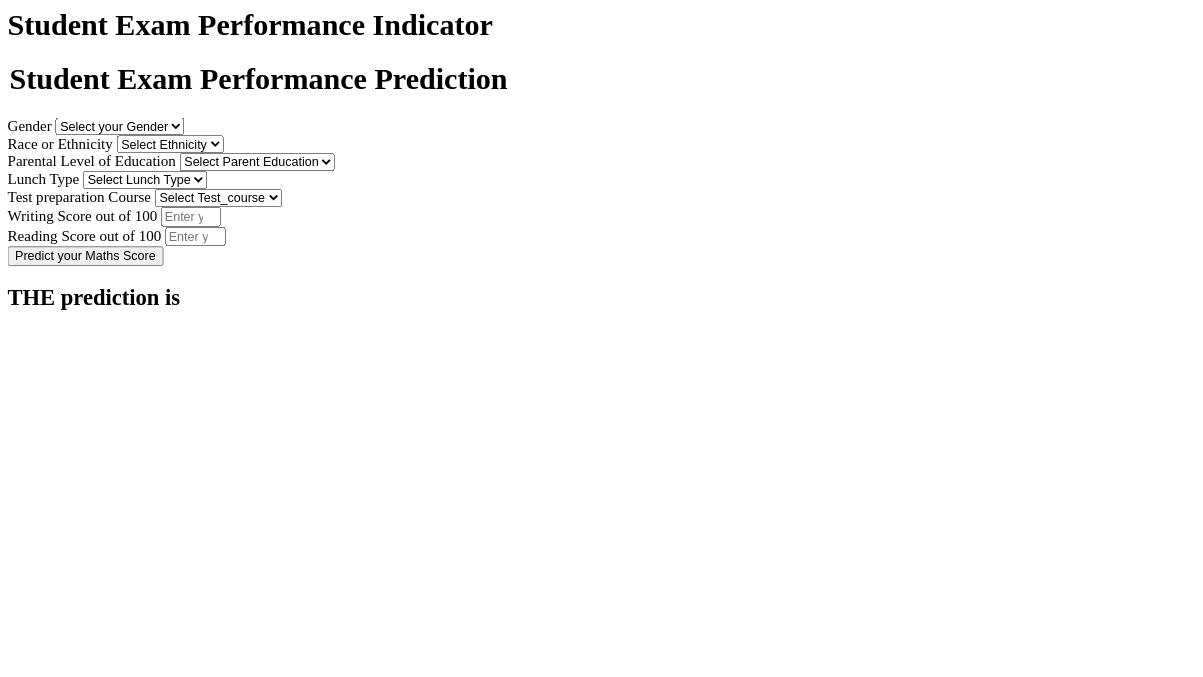
Repository: shaily29-eng/Performance-Indicator-ML
Page: http://localhost/predictdata
The author's editor kept a copy of each file at every save. The page is drawn from the files as they stood at one save, then again after the next save.
The browser window is 1280 px wide. The pictures show the whole page, at 94% of full size.
The page is served by the project's application, run on Flask 3 (app.py). Other server files are loaded and not shown.

Above is the page before, as saved 2023-12-01 01:45:56.

### templates/home.html
<html>
<body>
    <div class="login">
       <h1>Student Exam Performance Indicator</h1>

       <form action="{{ url_for('predict_datapoint')}}" method="post">
        <h1>
            <legend>Student Exam Performance Prediction</legend>
        </h1>
        <div class="mb-3">
            <label class="form-label">Gender</label>
            <select class="form-control" name="gender" placeholder="Enter you Gender" required>
                <option class="placeholder" selected disabled value="">Select your Gender</option>
                <option value="male">
                    Male
                </option>
                <option value="female">
                    Female
                </option>
            </select>
        </div>
        <div class="mb-3">
            <label class="form-label">Race or Ethnicity</label>
            <select class="form-control" name="ethnicity" placeholder="Enter you ethnicity" required>
                <option class="placeholder" selected disabled value="">Select Ethnicity</option>
                <option value="group A">
                    Group A
                </option>
                <option value="group B">
                    Group B
                </option>
                <option value="group C">
                    Group C
                </option>
                <option value="group D">
                    Group D
                </option>
                <option value="group E">
                    Group E
                </option>
            </select>
        </div>
        <div class="mb-3">
            <label class="form-label">Parental Level of Education</label>
            <select class="form-control" name="parental_level_of_education"
                placeholder="Enter you Parent Education" required>
                <option class="placeholder" selected disabled value="">Select Parent Education</option>
                <option value="associate's degree">
                    associate's degree
                </option>
                <option value="bachelor's degree">
                    bachelor's degree
                </option>
                <option value="high school">
                    high school
                </option>
                <option value="master's degree">
                    master's degree
                </option>
                <option value="some college">
                    some college
                </option>
                <option value="some high school">
                    some high school
                </option>
            </select>
        </div>
        <div class="mb-3">
            <label class="form-label">Lunch Type</label>
            <select class="form-control" name="lunch" placeholder="Enter you Lunch" required>
                <option class="placeholder" selected disabled value="">Select Lunch Type</option>
                <option value="free/reduced">
                    free/reduced
                </option>
                <option value="standard">
                    standard
                </option>
            </select>
        </div>
        <div class="mb-3">
            <label class="form-label">Test preparation Course</label>
            <select class="form-control" name="test_preparation_course" placeholder="Enter you Course"
                required>
                <option class="placeholder" selected disabled value="">Select Test_course</option>
                <option value="none">
                    None
                </option>
                <option value="completed">
                    Completed
                </option>
            </select>
        </div>
        <div class="mb-3">
            <label class="form-label">Writing Score out of 100</label>
            <input class="form-control" type="number" name="reading_score"
                placeholder="Enter your Reading score" min='0' max='100' />
        </div>
        <div class="mb-3">
            <label class="form-label">Reading Score out of 100</label>
            <input class="form-control" type="number" name="writing_score"
                placeholder="Enter your Reading Score" min='0' max='100' />
        </div>
        <div class="mb-3">
            <input class="btn btn-primary" type="submit" value="Predict your Maths Score" required />
        </div>
    </form>
    <h2>
       THE  prediction is {{results}}
    </h2>
   <body>
</html>

### app.py
from flask import Flask, request, render_template
import numpy as np
import pandas as pd

from sklearn.preprocessing import StandardScaler
from src.pipeline.predict_pipeline import CustomData, PredictPipeline

application = Flask(__name__)

app = application

## Route for a home page


@app.route("/")
def index():
    return render_template("index.html")


@app.route("/predictdata", methods=["GET", "POST"])
def predict_datapoint():
    if request.method == "GET":
        return render_template("home.html")
    else:
        data = CustomData(
            gender=request.form.get("gender"),
            race_ethnicity=request.form.get("ethnicity"),
            parental_level_of_education=request.form.get("parental_level_of_education"),
            lunch=request.form.get("lunch"),
            test_preparation_course=request.form.get("test_preparation_course"),
            reading_score=float(request.form.get("writing_score")),
            writing_score=float(request.form.get("reading_score")),
        )
        pred_df = data.get_data_as_data_frame()
        print(pred_df)
        print("Before Prediction")

        predict_pipeline = PredictPipeline()
        print("Mid Prediction")
        results = predict_pipeline.predict(pred_df)
        print("after Prediction")
        return render_template("home.html", results=results[0])


if __name__ == "__main__":
    app.run(host="0.0.0.0")

After the next save:
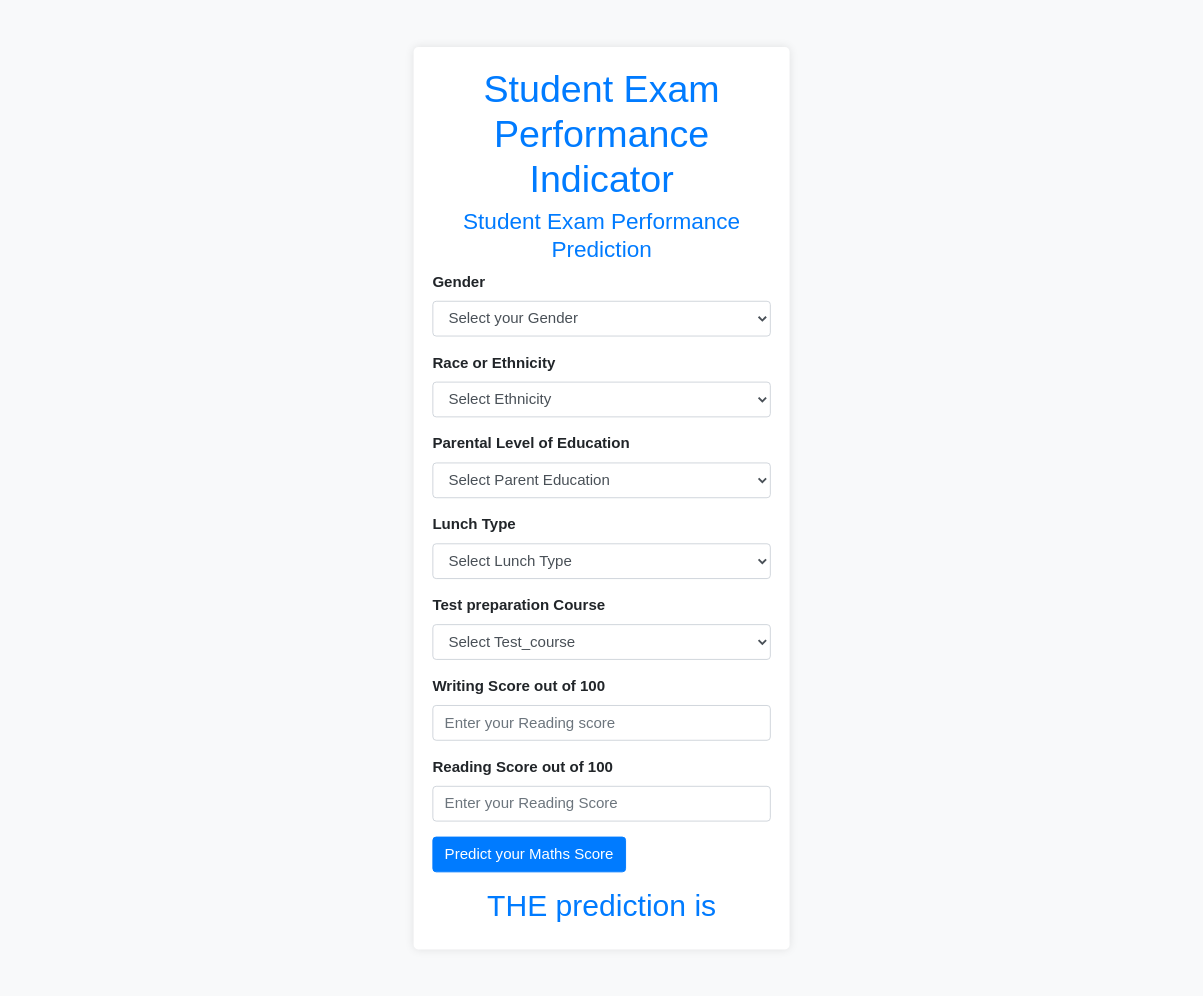
Saved 14 min 49 s later.
--- a/templates/home.html
+++ b/templates/home.html
@@ -1,4 +1,51 @@
-<html>
+<!DOCTYPE html>
+<html lang="en">
+
+<head>
+    <meta charset="UTF-8">
+    <meta name="viewport" content="width=device-width, initial-scale=1.0">
+    <title>Student Exam Performance Indicator</title>
+    <link rel="stylesheet" href="https://stackpath.bootstrapcdn.com/bootstrap/4.5.2/css/bootstrap.min.css">
+    <style>
+        body {
+            background-color: #f8f9fa;
+            font-family: 'Arial', sans-serif;
+        }
+
+        .login {
+            max-width: 400px;
+            margin: 50px auto;
+            background-color: #fff;
+            padding: 20px;
+            border-radius: 5px;
+            box-shadow: 0 0 10px rgba(0, 0, 0, 0.1);
+        }
+
+        .form-group {
+            margin-bottom: 20px;
+        }
+
+        label {
+            font-weight: bold;
+        }
+
+        .btn-primary {
+            background-color: #007bff;
+            border-color: #007bff;
+        }
+
+        .btn-primary:hover {
+            background-color: #0056b3;
+            border-color: #0056b3;
+        }
+
+        h1, h2 {
+            text-align: center;
+            color: #007bff;
+        }
+    </style>
+</head>
+
 <body>
     <div class="login">
        <h1>Student Exam Performance Indicator</h1>
